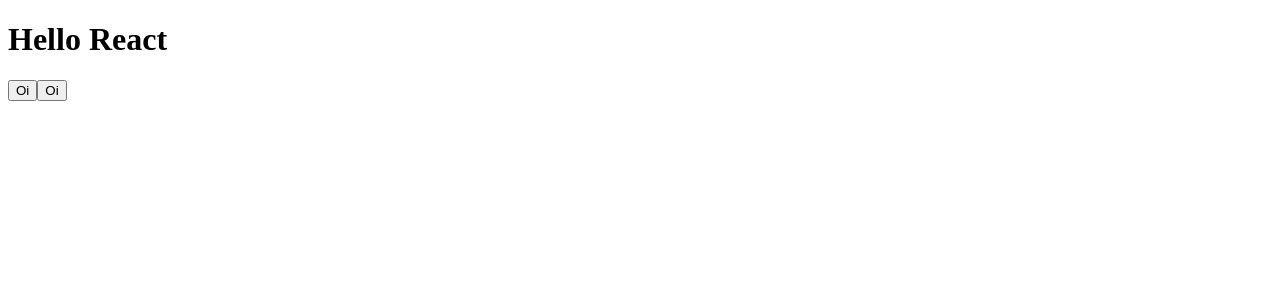
Repository: guilhermecardoso93/nlwreturn-react
Page: /
An editor plug-in stored every save of this project. The page is shown before and after the next save, followed by the edit.
The browser window is 1280 px wide. The pictures show the whole page.
The project was rebuilt for these pictures with package versions that can differ from the ones it lists, and the page was loaded fresh each time. Also part of the build but not shown: vite.config.ts.

Above is the page before, as saved 2022-05-02 20:41:30.

After the next save:
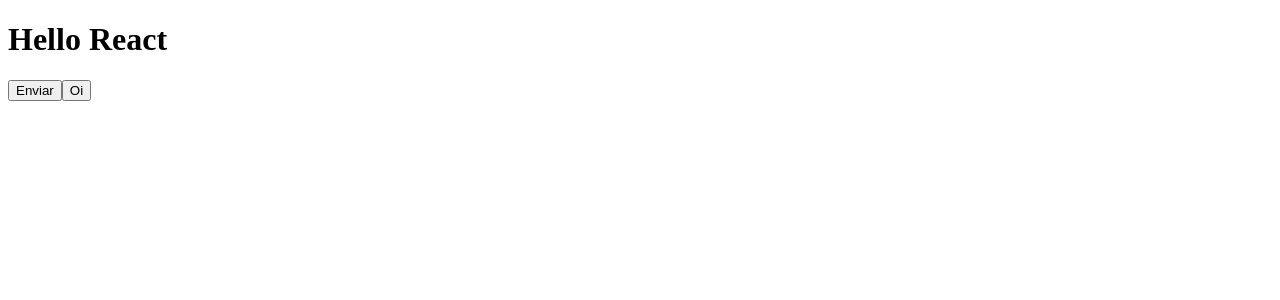
Saved 10 s later.
--- a/src/App.tsx
+++ b/src/App.tsx
@@ -3,7 +3,7 @@ interface ButtonProps{
 }
 
 function Button(props :ButtonProps ) {
-  return <button>Oi</button>;
+  return <button>{props.text}</button>;
 }
 
 function App() {
